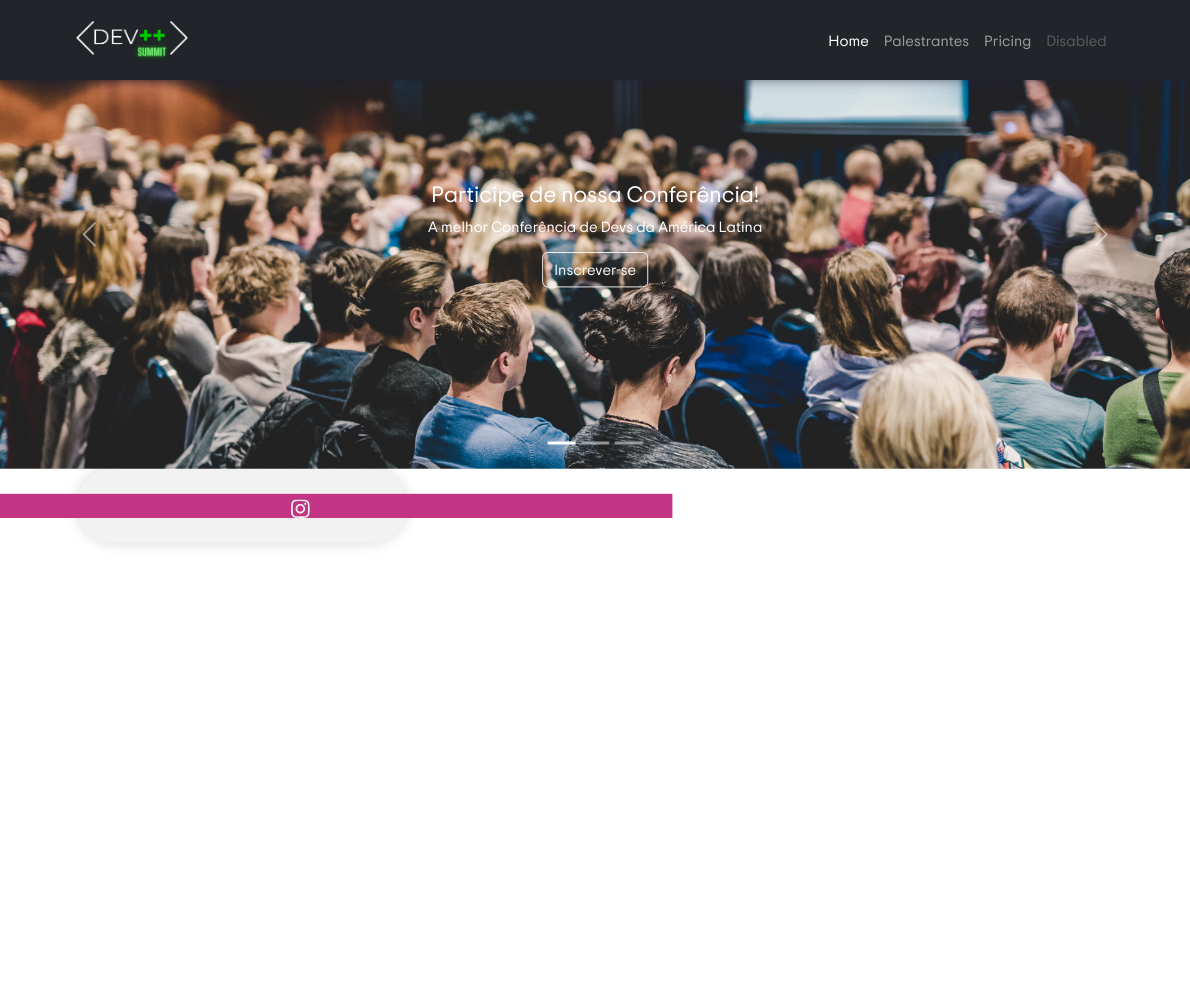
Repository: GScholl/ProjetoWeb_
Page: index.html
The author's editor kept a copy of each file at every save. The page is drawn from the files as they stood at one save, then again after the next save.
The browser window is 1280 px wide. The pictures show the whole page, at 93% of full size.

Above is the page before, as saved 2023-08-23 10:31:40.

### index.html
<!DOCTYPE html>
<html lang="pt-BR">

<head>
  <meta charset="UTF-8">
  <meta name="viewport" content="width=device-width, initial-scale=1.0">
  <title>Dev+</title>
  <link rel="stylesheet" href="/Bootstrap/css/bootstrap.min.css">
  <link rel="stylesheet" href="/css/style.css">
</head>

<body>
  <nav class="navbar navbar-expand-lg fixed-top navbar-dark bg-dark t">
    <div class="container d-flex  flex-row  justify-content-between">


      <a class="navbar-brand" href="#"><img src="/img/DEV+.png" alt="logotipo da conferência" class="logo"></a>
      <button class="navbar-toggler" type="button" data-bs-toggle="collapse" data-bs-target="#navbarNav"
        aria-controls="navbarNav" aria-expanded="false" aria-label="Toggle navigation">
        <span class="navbar-toggler-icon"></span>
      </button>

      <div class="collapse navbar-collapse justify-content-end " id="navbarNav">
        <ul class="navbar-nav">
          <li class="nav-item">
            <a class="nav-link active" aria-current="page" href="#">Home</a>
          </li>
          <li class="nav-item">
            <a class="nav-link" href="#">Palestrantes</a>
          </li>
          <li class="nav-item">
            <a class="nav-link" href="#">Pricing</a>
          </li>
          <li class="nav-item">
            <a class="nav-link disabled">Disabled</a>
          </li>
        </ul>
      </div>

    </div>
  </nav>
  <div id="carouselExampleCaptions" class="carousel slide" data-bs-ride="false">
    <div class="carousel-indicators">
      <button type="button" data-bs-target="#carouselExampleCaptions" data-bs-slide-to="0" class="active"
        aria-current="true" aria-label="Slide 1"></button>
      <button type="button" data-bs-target="#carouselExampleCaptions" data-bs-slide-to="1"
        aria-label="Slide 2"></button>
      <button type="button" data-bs-target="#carouselExampleCaptions" data-bs-slide-to="2"
        aria-label="Slide 3"></button>
    </div>

    <div class="carousel-inner">
      <div class="carousel-item active  item-1">

        <div
          class="text-white w-h-100 z-3 d-none text-center d-md-flex align-content-center flex-column justify-content-center">
          <div class="container">
            <h4>Participe de nossa Conferência!</h4>
            <p>A melhor Conferência de Devs da América Latina</p>
            <button class="btn btn-outline-light">Inscrever-se</button>
          </div>
        </div>
      </div>
      <div class="carousel-item item-2 ">

        <div
          class="text-white w-h-100 z-3 d-none text-center d-md-flex align-content-center flex-column justify-content-center">
          <div class="container">
            <h4>Participe de nossa Conferência!</h4>
            <p>A melhor Conferência de Devs da América Latina</p>
            <button class="btn btn-outline-light">Inscrever-se</button>
          </div>
        </div>
      </div>
      <div class="carousel-item  item-3">

        <div
          class="text-white w-h-100 z-3 d-none text-center d-md-flex align-content-center flex-column justify-content-center">
          <div class="container">
            <h4>Participe de nossa Conferência!</h4>
            <p>A melhor Conferência de Devs da América Latina</p>
            <button class="btn btn-outline-light">Inscrever-se</button>
          </div>
        </div>
      </div>
    </div>
    <button class="carousel-control-prev" type="button" data-bs-target="#carouselExampleCaptions" data-bs-slide="prev">
      <span class="carousel-control-prev-icon" aria-hidden="true"></span>
      <span class="visually-hidden">Previous</span>
    </button>
    <button class="carousel-control-next" type="button" data-bs-target="#carouselExampleCaptions" data-bs-slide="next">
      <span class="carousel-control-next-icon" aria-hidden="true"></span>
      <span class="visually-hidden">Next</span>
    </button>
  </div>
  <section>
    <div class="container">
      <div class="row">
        <div class="col-lg-4 col-sm-12 col-md-6">
          <div class="card-palestrante"></div>
          <div class="redes-sociais">
            <a href="#" class="botao-rede-social github">
              <svg class="cf-icon-svg" xmlns="http://www.w3.org/2000/svg" viewBox="-2.5 0 19 19">
                <path
                  d="M9.464 17.178a4.506 4.506 0 0 1-2.013.317 4.29 4.29 0 0 1-2.007-.317.746.746 0 0 1-.277-.587c0-.22-.008-.798-.012-1.567-2.564.557-3.105-1.236-3.105-1.236a2.44 2.44 0 0 0-1.024-1.348c-.836-.572.063-.56.063-.56a1.937 1.937 0 0 1 1.412.95 1.962 1.962 0 0 0 2.682.765 1.971 1.971 0 0 1 .586-1.233c-2.046-.232-4.198-1.023-4.198-4.554a3.566 3.566 0 0 1 .948-2.474 3.313 3.313 0 0 1 .091-2.438s.773-.248 2.534.945a8.727 8.727 0 0 1 4.615 0c1.76-1.193 2.532-.945 2.532-.945a3.31 3.31 0 0 1 .092 2.438 3.562 3.562 0 0 1 .947 2.474c0 3.54-2.155 4.32-4.208 4.548a2.195 2.195 0 0 1 .625 1.706c0 1.232-.011 2.227-.011 2.529a.694.694 0 0 1-.272.587z">
                </path>
              </svg>
            </a>
            <a href="#" class="botao-rede-social linkedin">
              <svg viewBox="0 -2 44 44" version="1.1" xmlns="http://www.w3.org/2000/svg"
                xmlns:xlink="http://www.w3.org/1999/xlink">
                <g id="Icons" stroke="none" stroke-width="1">
                  <g transform="translate(-702.000000, -265.000000)">
                    <path
                      d="M746,305 L736.2754,305 L736.2754,290.9384 C736.2754,287.257796 734.754233,284.74515 731.409219,284.74515 C728.850659,284.74515 727.427799,286.440738 726.765522,288.074854 C726.517168,288.661395 726.555974,289.478453 726.555974,290.295511 L726.555974,305 L716.921919,305 C716.921919,305 717.046096,280.091247 716.921919,277.827047 L726.555974,277.827047 L726.555974,282.091631 C727.125118,280.226996 730.203669,277.565794 735.116416,277.565794 C741.21143,277.565794 746,281.474355 746,289.890824 L746,305 L746,305 Z M707.17921,274.428187 L707.117121,274.428187 C704.0127,274.428187 702,272.350964 702,269.717936 C702,267.033681 704.072201,265 707.238711,265 C710.402634,265 712.348071,267.028559 712.41016,269.710252 C712.41016,272.34328 710.402634,274.428187 707.17921,274.428187 L707.17921,274.428187 L707.17921,274.428187 Z M703.109831,277.827047 L711.685795,277.827047 L711.685795,305 L703.109831,305 L703.109831,277.827047 L703.109831,277.827047 Z"
                      id="LinkedIn">
                    </path>
                  </g>
                </g>
              </svg>
            </a>
            <a href="#" class="botao-rede-social facebook">
              <svg version="1.1" id="Layer_1" xmlns="http://www.w3.org/2000/svg"
                xmlns:xlink="http://www.w3.org/1999/xlink" viewBox="0 0 310 310" xml:space="preserve">
                <g id="XMLID_834_">
                  <path id="XMLID_835_" d="M81.703,165.106h33.981V305c0,2.762,2.238,5,5,5h57.616c2.762,0,5-2.238,5-5V165.765h39.064
            c2.54,0,4.677-1.906,4.967-4.429l5.933-51.502c0.163-1.417-0.286-2.836-1.234-3.899c-0.949-1.064-2.307-1.673-3.732-1.673h-44.996
            V71.978c0-9.732,5.24-14.667,15.576-14.667c1.473,0,29.42,0,29.42,0c2.762,0,5-2.239,5-5V5.037c0-2.762-2.238-5-5-5h-40.545
            C187.467,0.023,186.832,0,185.896,0c-7.035,0-31.488,1.381-50.804,19.151c-21.402,19.692-18.427,43.27-17.716,47.358v37.752H81.703
            c-2.762,0-5,2.238-5,5v50.844C76.703,162.867,78.941,165.106,81.703,165.106z"></path>
                </g>
              </svg>
            </a>
            <a href="#" class="social-button instagram">
              <svg width="800px" height="800px" viewBox="0 0 20 20" version="1.1" xmlns="http://www.w3.org/2000/svg"
                xmlns:xlink="http://www.w3.org/1999/xlink">
                <g id="Page-1" stroke="none" stroke-width="1">
                  <g id="Dribbble-Light-Preview" transform="translate(-340.000000, -7439.000000)">
                    <g id="icons" transform="translate(56.000000, 160.000000)">
                      <path
                        d="M289.869652,7279.12273 C288.241769,7279.19618 286.830805,7279.5942 285.691486,7280.72871 C284.548187,7281.86918 284.155147,7283.28558 284.081514,7284.89653 C284.035742,7285.90201 283.768077,7293.49818 284.544207,7295.49028 C285.067597,7296.83422 286.098457,7297.86749 287.454694,7298.39256 C288.087538,7298.63872 288.809936,7298.80547 289.869652,7298.85411 C298.730467,7299.25511 302.015089,7299.03674 303.400182,7295.49028 C303.645956,7294.859 303.815113,7294.1374 303.86188,7293.08031 C304.26686,7284.19677 303.796207,7282.27117 302.251908,7280.72871 C301.027016,7279.50685 299.5862,7278.67508 289.869652,7279.12273 M289.951245,7297.06748 C288.981083,7297.0238 288.454707,7296.86201 288.103459,7296.72603 C287.219865,7296.3826 286.556174,7295.72155 286.214876,7294.84312 C285.623823,7293.32944 285.819846,7286.14023 285.872583,7284.97693 C285.924325,7283.83745 286.155174,7282.79624 286.959165,7281.99226 C287.954203,7280.99968 289.239792,7280.51332 297.993144,7280.90837 C299.135448,7280.95998 300.179243,7281.19026 300.985224,7281.99226 C301.980262,7282.98483 302.473801,7284.28014 302.071806,7292.99991 C302.028024,7293.96767 301.865833,7294.49274 301.729513,7294.84312 C300.829003,7297.15085 298.757333,7297.47145 289.951245,7297.06748 M298.089663,7283.68956 C298.089663,7284.34665 298.623998,7284.88065 299.283709,7284.88065 C299.943419,7284.88065 300.47875,7284.34665 300.47875,7283.68956 C300.47875,7283.03248 299.943419,7282.49847 299.283709,7282.49847 C298.623998,7282.49847 298.089663,7283.03248 298.089663,7283.68956 M288.862673,7288.98792 C288.862673,7291.80286 291.150266,7294.08479 293.972194,7294.08479 C296.794123,7294.08479 299.081716,7291.80286 299.081716,7288.98792 C299.081716,7286.17298 296.794123,7283.89205 293.972194,7283.89205 C291.150266,7283.89205 288.862673,7286.17298 288.862673,7288.98792 M290.655732,7288.98792 C290.655732,7287.16159 292.140329,7285.67967 293.972194,7285.67967 C295.80406,7285.67967 297.288657,7287.16159 297.288657,7288.98792 C297.288657,7290.81525 295.80406,7292.29716 293.972194,7292.29716 C292.140329,7292.29716 290.655732,7290.81525 290.655732,7288.98792"
                        id="instagram-[#167]">

                      </path>
                    </g>
                  </g>
                </g>
              </svg>
            </a>
          </div>
        </div>
        <div class="col-4"></div>
        <div class="col-4"></div>
        <div class="col-4"></div>
        <div class="col-4"></div>
        <div class="col-4"></div>
      </div>
    </div>
  </section>
  <script src="/Bootstrap/js/bootstrap.bundle.min.js"></script>
</body>

</html>

### css/style.css
@font-face {
  font-family: "Trip-sans";
  src: url(/font/TripSans-Regular.ttf);
}
* {
  font-family: "Trip-sans", sans-serif;
  transition: 0.2s all;
}
body{
  height: 150vh;;
}
nav{
  box-shadow: rgba(50, 50, 93, 0.25) 0px 6px 12px -2px, rgba(0, 0, 0, 0.3) 0px 3px 7px -3px;
}
.logo {
  height: 60px;
}
.item-1 {
  background-image: url(/img/1.png);
  height: 70vh;
  background-position: center;
  background-size: cover;
 background-repeat: no-repeat;
 width: 100%;
}
.item-2 {
  background-image: url(/img/2.png);
  height: 70vh;
  background-position: center;
  background-size: cover;
  background-repeat: no-repeat;
   width: 100%;

}
.item-3 {
  background-image: url(/img/3.png);
  height: 70vh;
  background-position: center;
  background-size: cover;
  background-repeat: no-repeat;
   width: 100%;
}
.w-h-100{

  width: 100%;
  height: 100%;;
}

.redes-sociais {
  display: flex;
  justify-content: center;
  align-items: center;
  background-color: #f2f2f2;
  box-shadow: 0px 0px 15px #00000027;
  padding: 15px 10px;
  border-radius: 5em;
}

.botao-rede-social {
  display: flex;
  justify-content: center;
  align-items: center;
  width: 50px;
  height: 50px;
  border-radius: 50%;
  margin: 0 10px;
  background-color: #fff;
  box-shadow: 0px 0px 4px #00000027;
  transition: 0.3s;
}

.botao-rede-social:hover {
  background-color: #f2f2f2;
  box-shadow: 0px 0px 6px 3px #00000027;
}

.redes-sociais svg {
  transition: 0.3s;
  height: 20px;
}

.facebook {
  background-color: #3b5998;
}

.facebook svg {
  fill: #f2f2f2;
}

.facebook:hover svg {
  fill: #3b5998;
}

.github {
  background-color: #333;
}

.github svg {
  width: 25px;
  height: 25px;
  fill: #f2f2f2;
}

.github:hover svg {
  fill: #333;
}

.linkedin {
  background-color: #0077b5;
}

.linkedin svg {
  fill: #f2f2f2;
}

.linkedin:hover svg {
  fill: #0077b5;
}

.instagram {
  background-color: #c13584;
}

.instagram svg {
  fill: #f2f2f2;
}

.instagram:hover svg {
  fill: #c13584;
}

Loaded but not shown: Bootstrap/css/bootstrap.min.css (library); Bootstrap/js/bootstrap.bundle.min.js (library)

After the next save:
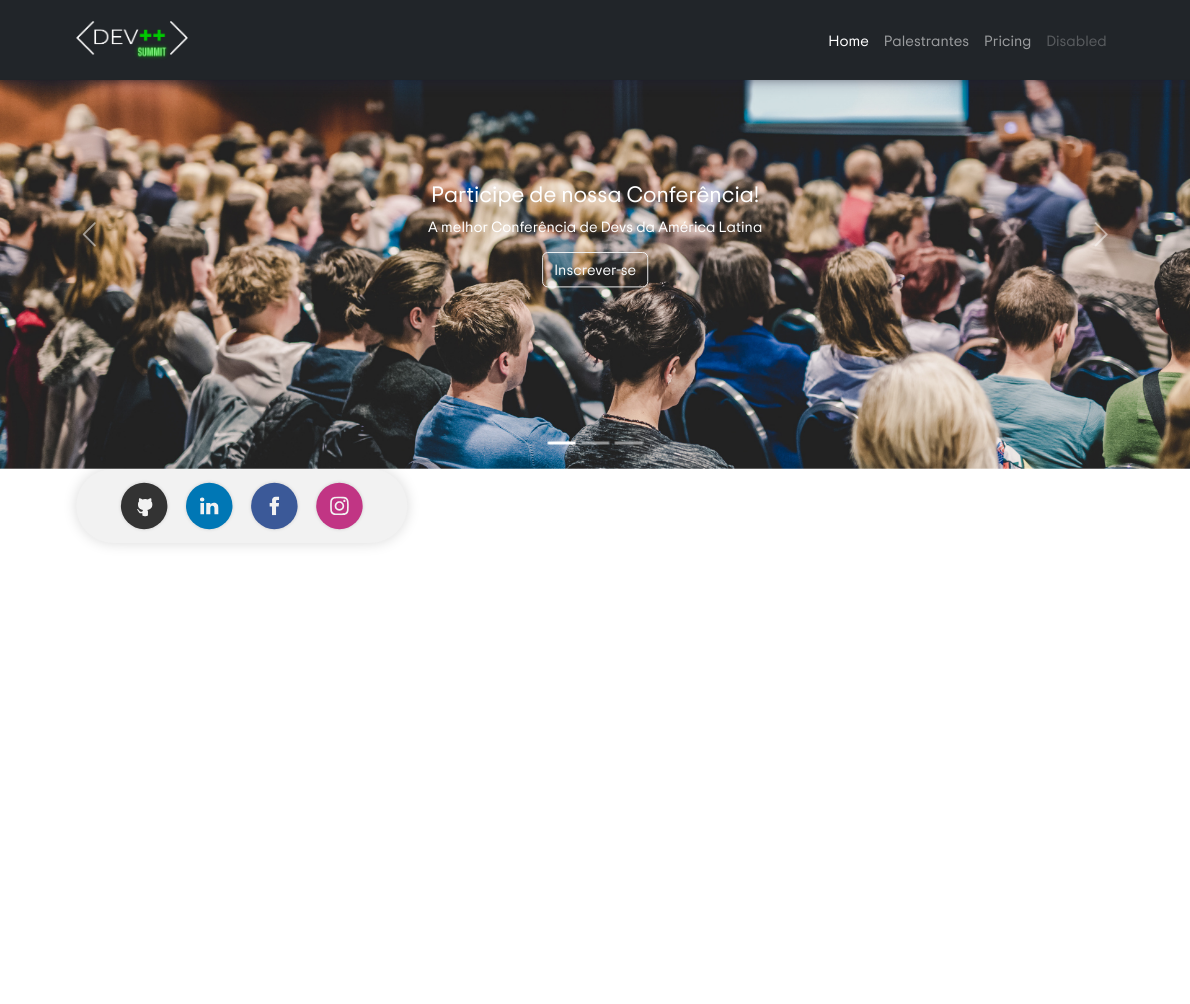
Saved 5 s later.
--- a/index.html
+++ b/index.html
@@ -131,7 +131,7 @@
                 </g>
               </svg>
             </a>
-            <a href="#" class="social-button instagram">
+            <a href="#" class="botao-rede-social instagram">
               <svg width="800px" height="800px" viewBox="0 0 20 20" version="1.1" xmlns="http://www.w3.org/2000/svg"
                 xmlns:xlink="http://www.w3.org/1999/xlink">
                 <g id="Page-1" stroke="none" stroke-width="1">
